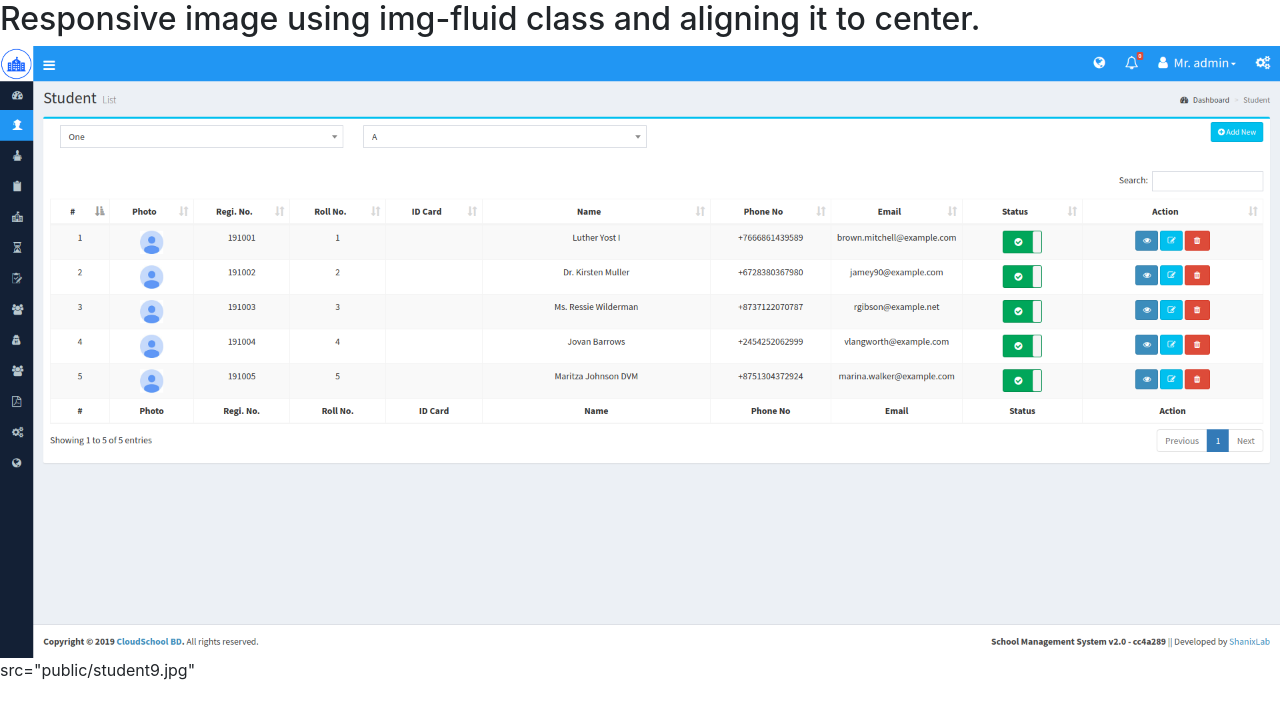
Repository: Tauqeer124/envoycantask
Page: http://localhost/image
An editor plug-in stored every save of this project. The page is shown before and after the next save, followed by the edit.
The browser window is 1280 px wide. The pictures show the whole page.
The page is served by the project's Laravel application, run on PHP 8.4 with Laravel 10. Other server files are loaded and not shown.

Above is the page before, as saved 2023-06-28 20:41:59.

### routes/web.php
<?php

use Illuminate\Support\Facades\Route;
use App\Http\Controllers\UserController;

/*
|--------------------------------------------------------------------------
| Web Routes
|--------------------------------------------------------------------------
|
| Here is where you can register web routes for your application. These
| routes are loaded by the RouteServiceProvider and all of them will
| be assigned to the "web" middleware group. Make something great!
|
*/


//responsive image route
Route::get('/image', [UserController::class, 'show'])->name('image.show');

// user crud route
Route::get('/', [UserController::class, 'index'])->name('user.index');
Route::get('/create', [UserController::class, 'create'])->name('user.create');
Route::post('/store', [UserController::class, 'store'])->name('user.store');
Route::get('/edit/{user}', [UserController::class, 'edit'])->name('user.edit');
Route::put('/update/{user}', [UserController::class, 'update'])->name('user.update');
Route::delete('/delete/{user}', [UserController::class, 'destroy'])->name('user.destroy');

### app/Http/Controllers/UserController.php
<?php

namespace App\Http\Controllers;

use App\Models\User;
use Illuminate\Support\Facades\Storage;
use App\Http\Requests\CreateUserRequest;
use App\Http\Requests\UpdateUserRequest;

class UserController extends Controller
{
    public function index()
    {
        $users = User::all();
        return view('users.index', compact('users'));
    }

    public function create()
    {
        return view('users.create');
    }

    public function store(CreateUserRequest $request)
    {
        $user = new User();
        $user->name = $request->name;
        $user->email = $request->email;
        if ($request->hasFile('image')) {
            $image = $request->file('image');
            $extension = $image->getClientOriginalExtension();
            $imageName = $image->getClientOriginalName();

            // Store the image name with extension in the database
            $user->image = $imageName;
            // Move the uploaded file to a desired location
            $image->move('public', $imageName);
        }
        $user->save();

        return redirect()->route('user.index')->with('success', 'User created successfully.');
    }

    public function edit(User $user)
    {

        return view('users.edit', compact('user'));
    }

    public function update(UpdateUserRequest $request,$id)
    {
        $user = User::find($id);
        $data = [
            'name' => $request->name,
            'email' => $request->email,
        ];
        if ($request->hasFile('image')) {
            $image = $request->file('image');
            $extension = $image->getClientOriginalExtension();
            $imageName = $image->getClientOriginalName();
            // Delete the previous image if it exists
            if ($user->image) {
                Storage::delete('public/' . $user->image);
            }
            // Store the new image name with extension in the database
            $data['image'] = $imageName;
            // Move the uploaded file to the desired location
            $image->move('public', $imageName);
        }
        $user->update($data);
        return redirect()->route('user.index')->with('success', 'User updated successfully.');
    }

    public function destroy($id)
    {
        //find the user
        $user = User::find($id);
        if ($user->image) {
            Storage::delete('public/' . $user->image);
        }
        $user->delete();

        return redirect()->route('user.index')->with('success', 'User deleted successfully.');
    }
    //responsive image function
    public function show(){
        return view('responsiveimage');
    }
}

### resources/views/responsiveimage.blade.php
<!Doctype html>
<html lang="en">

<head>
  <!-- Required meta tags -->
  <meta charset="utf-8">
  <meta name="viewport" content="width=device-width, initial-scale=1, shrink-to-fit=no">
  <title>Responsive image center</title>
  <!-- Bootstrap CSS -->
  <link rel="stylesheet" href="https://maxcdn.bootstrapcdn.com/bootstrap/4.0.0/css/bootstrap.min.css">
  <style>
    .center {
      display: block;
      margin: 0 auto;
    }
  </style>
</head>

<body>
  <h2>Responsive image using img-fluid class and aligning it to center.</h2>
  <img src="public/list.png" class="img-fluid center">
  src="public/student9.jpg"
</body>

</html>

Loaded but not shown: app/Http/Controllers/Controller.php (common file)

After the next save:
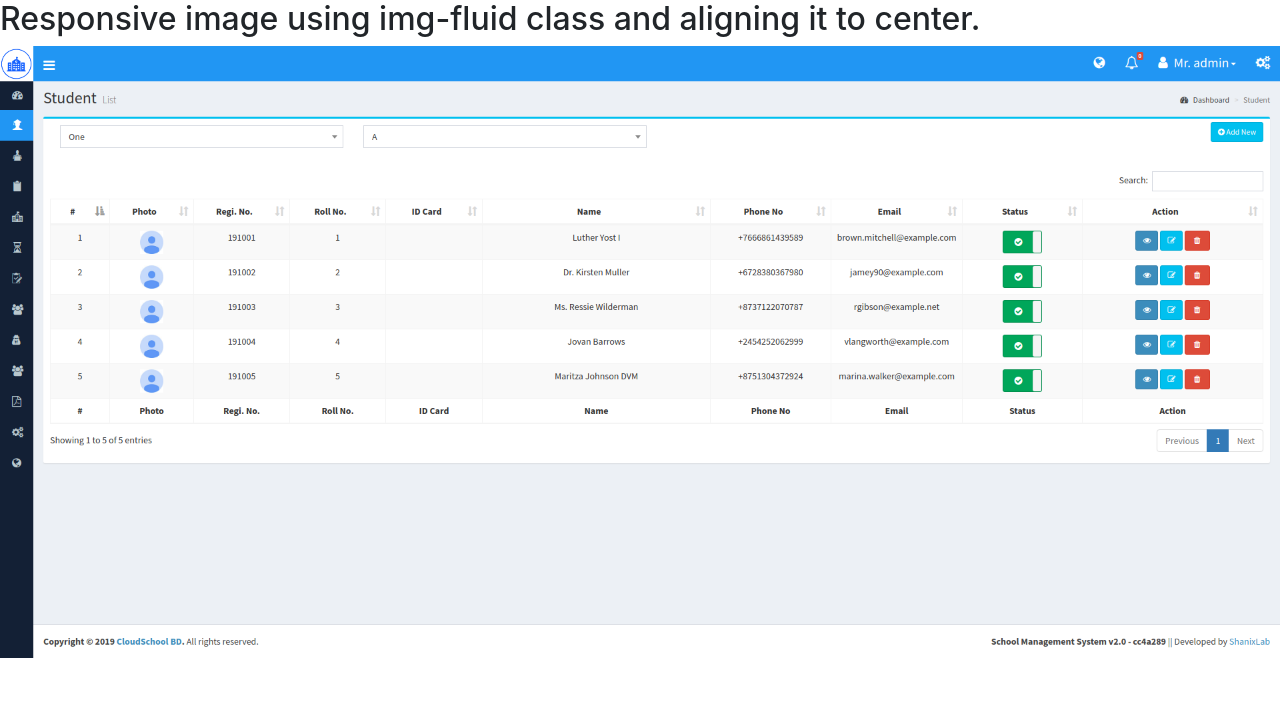
Saved 10 s later.
--- a/resources/views/responsiveimage.blade.php
+++ b/resources/views/responsiveimage.blade.php
@@ -19,7 +19,7 @@
 <body>
   <h2>Responsive image using img-fluid class and aligning it to center.</h2>
   <img src="public/list.png" class="img-fluid center">
-  src="public/student9.jpg"
+
 </body>
 
 </html>
